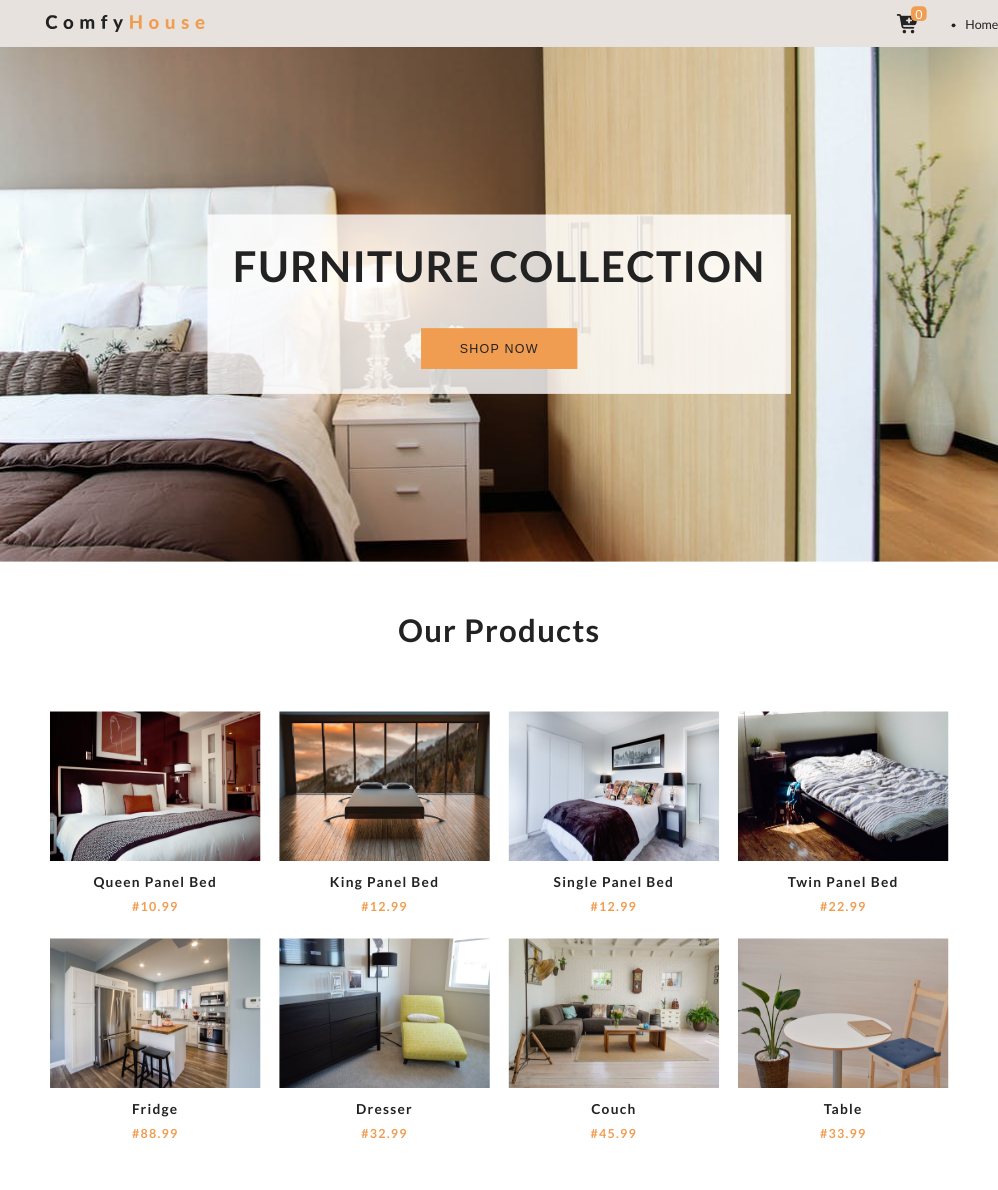
Repository: yhuakim/basic-ecommerce
Page: public/index.html
These files come from the project's save history. The page is drawn as it stood at one moment and after the next save; the edit follows.
The browser window is 1280 px wide. The pictures show the whole page, at 78% of full size.
Some web libraries are served in a nearby version.

Above is the page before, as saved 2020-06-08 21:36:09.

### public/index.html
<!DOCTYPE html>
<html lang="en">
<head>
    <meta charset="UTF-8">
    <meta name="viewport" content="width=device-width, initial-scale=1.0">
    <link rel="stylesheet" href="./main.css">
    <link rel="stylesheet" href="./node_modules/@fortawesome/fontawesome-free/css/all.css">
    <title>e-Commerce</title>
</head>
<body>
<!-- navbar -->
    <nav class="navbar">
        <div class="navbar-center">
            <!-- <div class="nav-toggler">
                <span class="stroke-a"></span>
                <span class="stroke-b"></span>
                <span class="stroke-c"></span>
            </div> -->
            <img src="./images/logo.svg" alt="store logo">
            <div class="cart-btn">
                <span class="nav-icon">
                    <i class="fas fa-cart-plus"></i>
                </span>
                <div class="cart-items">0</div>
            </div>
        </div>

        <menu class="menu-wrapper">
            <ul class="menu-list">
                <li class="list-item">Home</li>
            </ul>
        </menu>
    </nav>
<!-- navBar-end -->

<!-- Hero -->
    <header class="hero">
        <div class="banner">
            <h1 class="banner-title">
                Furniture collection
            </h1>
            <button class="banner-btn">shop now</button>
        </div>
    </header>
<!-- Hero end -->

<!-- products -->
<section class="products">
    <div class="section-title">
        <h2>our products</h2>
    </div>
    <div class="products-center">
        <!-- single product -->

        <!-- single product end -->
    </div>
    <!-- cart -->
    <div id="cartarea" class="cart-overlay">
        <div id="actualcart" class="cart">
            <span class="close-cart">
                <i class="fas fa-window-close"></i>
            </span>
            <h2>your cart</h2>
            <div class="cart-content">
                <!-- cart-item -->
                <!-- <div class="cart-item"> -->

                <!-- </div> -->
                <!-- end of cart-item -->
            </div>
            <div class="cart-footer">
                <h3>your total : # <span class="cart-total">0
                </span></h3>
                <button class="clear-cart banner-btn">clear cart
                </button>
            </div>
        </div>
    </div>
    <!-- end of cart -->
</section>
<!-- products end -->
<script src="./js/main.js"></script>
</body>
</html>

### public/main.css
@import url("https://fonts.googleapis.com/css?family=Lato:400,700");

:root {
  --primaryColor: #f09d51;
  --mainWhite: #fff;
  --mainBlack: #222;
  --mainGrey: #ececec;
  --mainSpacing: 0.1rem;
  --mainTransition: all 0.3s linear;
}

* {
  margin: 0;
  padding: 0;
  box-sizing: border-box;
}

body {
  color: var(--mainBlack);
  background: var(--mainWhite);
  font-family: "Lato", sans-serif;
}

/* --------------- Navbar ---------------- */
.navbar {
  position: sticky;
  top: 0;
  height: 60px;
  width: 100%;
  display: flex;
  align-items: center;
  background: rgb(231, 226, 221);
  z-index: 1;
}
.navbar-center {
  width: 100%;
  max-width: 1170px;
  margin: 0 auto;
  display: flex;
  align-items: center;
  justify-content: space-between;
  padding: 0 1.5rem;
}
.nav-icon {
  font-size: 1.5rem;
}
.cart-btn {
  position: relative;
  cursor: pointer;
}
.cart-items {
  position: absolute;
  top: -8px;
  right: -8px;
  background: var(--primaryColor);
  padding: 0 5px;
  border-radius: 30%;
  color: var(--mainWhite);
}

.nav-toggler {
  width: 40px;
  height: 30px;
  /* border: 1px solid rgb(190, 101, 250); */
  background-color: var(--mainWhite);
  display: grid;
  justify-content: space-around;
  align-content: space-around;
  z-index: 5;
  padding: 2px;
  border-radius: 5px;
  cursor: pointer;
  box-shadow: 1px 1px  2px rgba(0, 0, 0, 0.274);
}

.nav-toggler:hover {
  /* transform: scale(1.03); */
  transition: all ease-in 500ms;
  box-shadow: 2px 2px  5px rgba(0, 0, 0, 0.24);
}

.nav-toggler>span {
  width: 20px;
  height: 2px;
}

.nav-toggler>span:nth-child(1) {
  background-color: var(--primaryColor);
  opacity: 1;
  transition: all 1s ease-in-out;
}

.nav-toggler>span:nth-child(2) {
  background-color: var(--mainGrey);
  opacity: 1;
  transition: all 2s ease-in-out;
}

.nav-toggler>span:nth-child(3) {
  background-color: var(--mainBlack);
  opacity: 1;
  transition: all 1.5s ease-in-out;
}

/* --------------- End of Navbar ---------------- */


/* --------------- Hero ---------------- */
.hero {
  min-height: calc(100vh - 60px);
  background: url("./images/hero-bcg.jpeg") center/cover no-repeat;
  display: flex;
  align-items: center;
  justify-content: center;
}

.banner {
  text-align: center;
  background: rgba(255, 255, 255, 0.8);
  display: inline-block;
  padding: 2rem;
}

.banner-title {
  font-size: 3.4rem;
  text-transform: uppercase;
  letter-spacing: var(--mainSpacing);
  margin-bottom: 3rem;
}

.banner-btn {
  padding: 1rem 3rem;
  text-transform: uppercase;
  letter-spacing: var(--mainSpacing);
  font-size: 1rem;
  background: var(--primaryColor);
  color: var(--mainBlack);
  border: 1px solid var(--primaryColor);
  transition: var(--mainTransition);
  cursor: pointer;
}

.banner-btn:hover {
  background: transparent;
  color: var(--primaryColor);
}
/* --------------- End of Hero ---------------- */

/* --------------- Products ---------------- */
.products {
  padding: 4rem 0;
}

.section-title h2 {
  text-align: center;
  font-size: 2.5rem;
  margin-bottom: 5rem;
  text-transform: capitalize;
  letter-spacing: var(--mainSpacing);
}

.products-center {
  width: 90vw;
  margin: 0 auto;
  max-width: 1170px;
  display: grid;
  grid-template-columns: repeat(auto-fit, minmax(260px, 1fr));
  grid-column-gap: 1.5rem;
  grid-row-gap: 2rem;
}

.img-container {
  position: relative;
  overflow: hidden;
}

.bag-btn {
  position: absolute;
  top: 70%;
  right: 0;
  background: var(--primaryColor);
  border: none;
  text-transform: uppercase;
  padding: 0.5rem 0.75rem;
  letter-spacing: var(--mainSpacing);
  font-weight: bold;
  transition: var(--mainTransition);
  transform: translateX(101%);
  cursor: pointer;
}

.bag-btn:hover {
  color: var(--mainWhite);
}

.fa-shopping-cart {
  margin-right: 0.5rem;
}

.img-container:hover .bag-btn {
  transform: translateX(0);
}

.product-img {
  display: block;
  width: 100%;
  min-height: 12rem;
  transition: var(--mainTransition);
}

.img-container:hover .product-img {
  opacity: 0.5;
}

.product h3 {
  text-transform: capitalize;
  font-size: 1.1rem;
  margin-top: 1rem;
  letter-spacing: var(--mainSpacing);
  text-align: center;
}

.product h4 {
  margin-top: 0.7rem;
  letter-spacing: var(--mainSpacing);
  color: var(--primaryColor);
  text-align: center;
}
/* ---------------End of Products ---------------- */

/* --------------- Cart ---------------- */
.cart-overlay {
  position: fixed;
  top: 0;
  right: 0;
  width: 100%;
  height: 100%;
  transition: var(--mainTransition);
  background: rgb(240, 157, 81, 0.5);
  z-index: 2;
  visibility: hidden;
}
.cart {
  position: fixed;
  top: 0;
  right: 0;
  width: 100%;
  height: 100%;
  overflow: scroll;
  z-index: 3;
  background: rgb(231, 226, 221);
  padding: 1.5rem;
  transition: var(--mainTransition);
  transform: translateX(100%);
}
.showCart {
  transform: translateX(0);
}
.transparentBcg {
  visibility: visible;
}
@media screen and (min-width: 768px) {
  .cart {
    width: 30vw;
    min-width: 450px;
  }
}

.close-cart {
  font-size: 1.7rem;
  cursor: pointer;
}
.cart h2 {
  text-transform: capitalize;
  text-align: center;
  letter-spacing: var(--mainSpacing);
  margin-bottom: 2rem;
}

/*---------- Cart Item -------------------- */
.cart-item {
  display: grid;
  align-items: center;
  grid-template-columns: auto 1fr auto;
  grid-column-gap: 1.5rem;
  margin: 1.5rem 0;
}
.cart-item img {
  width: 75px;
  height: 75px;
}
.cart-item h4 {
  font-size: 0.85rem;
  text-transform: capitalize;
  letter-spacing: var(--mainSpacing);
}
.cart-item h5 {
  margin: 0.5rem 0;
  letter-spacing: var(--mainSpacing);
}
.item-amount {
  text-align: center;
}
.remove-item {
  color: grey;
  cursor: pointer;
}
.fa-chevron-up,
.fa-chevron-down {
  color: var(--primaryColor);
  cursor: pointer;
}
/*---------- End of Cart Item -------------------- */

.cart-footer {
  margin-top: 2rem;
  letter-spacing: var(--mainSpacing);
  text-align: center;
}
.cart-footer h3 {
  text-transform: capitalize;
  margin-bottom: 1rem;
}

/* --------------- End of Cart ---------------- */

### public/js/main.js

const cartBtn = document.querySelector('.cart-btn');
const closeCartBtn = document.querySelector('.close-cart');
const clearCartBtn = document.querySelector('.clear-cart');
const cartDOM = document.querySelector('.cart');
const cartOverlay = document.querySelector('.cart-overlay')
const cartItems = document.querySelector('.cart-items');
const cartTotal = document.querySelector('.cart-total');
const cartContent = document.querySelector('.cart-content');
const productsDOM = document.querySelector('.products-center');
const menuList = document.querySelector('.menu');
const menuLink = document.querySelectorAll('.menu-link');
const strokeA = document.querySelector('.stroke-a');
const strokeB = document.querySelector('.stroke-b');
const strokeC = document.querySelector('.stroke-c');
// cart
let cart = []
// buttons
let buttonsDOM =[];

// getting the products
class Products {
    async getProducts(){
        try {
            let result = await fetch('./products.json');
            let data = await result.json();
            let products = data.items;
            products = products.map(item => {
                const {title, price} = item.fields;
                const {id} = item.sys
                const image = item.fields.image.fields.file.url;
                return {title,price,id,image}
            })
            return products
        } catch (error) {
            console.log(error)
        }
    }
}

class UI {
    displayProducts(products){
        let result = '';
        products.forEach(product =>{
            result += `
            <!-- single product -->
            <article class="product">
            <div class="img-container">
            <img src=${product.image}
            alt="product" class="product-img">
            <button class="bag-btn" data-id=${product.id}>
            <i class="fas fa-shopping-cart">
            add to bag</i>
            </button>
            </div>
            <h3>${product.title}</h3>
            <h4>#${product.price}</h4>
            </article>
            <!-- end of single product -->
            `;
        });
        productsDOM.innerHTML = result;
    }

    getBagButtons(){
        const buttons = [...document.querySelectorAll('.bag-btn')];
        buttonsDOM = buttons;
        buttons.forEach(button => {
            let  id = button.dataset.id;
            let inCart = cart.find(item => item.id === id);
            if (inCart) {
                button.innerText = 'Added';
                button.disabled = true;
            }
            button.addEventListener('click', event => {
                event.target.innerText = 'Added'
                event.target.disabled = true;

                // getting product from products
                let cartItem = {...Storage.getProduct(id), amount:1};

                // adding product to the cart
                cart = [...cart, cartItem ];

                // save cart in local storage
                Storage.saveCart(cart);

                // set cart values
                this.setCartValues(cart);

                // display cart item
                this.addCartItem(cartItem)

                // show cart
                this.showCart()

                // this.showCart()
            })
        });
    }

    showCart(){
        cartOverlay.classList.add('transparentBcg');
        cartDOM.classList.add('showCart');
    }

    hideCart(){
        cartOverlay.classList.remove('transparentBcg');
        cartDOM.classList.remove('showCart');
    }

    setupAPP() {
        cart = Storage.getCart();
        this.setCartValues(cart);
        this.populateCart(cart);
        cartBtn.addEventListener('click', this.showCart);
        closeCartBtn.addEventListener('click', this.hideCart);
    }

    populateCart(cart) {
        cart.forEach(item => this.addCartItem(item));
    }

    setCartValues(cart){
      let tempTotal = 0;
      let itemsTotal = 0;
      cart.map(item => {
          tempTotal += item.price * item.amount;
          itemsTotal += item.amount;
      });
      cartTotal.innerText = parseFloat(tempTotal.toFixed(2))
      cartItems.innerText = itemsTotal;
    }

    addCartItem(item){
        const div = document.createElement('div');
        div.classList.add('cart-item');

        div.innerHTML = `
        <img src=${item.image} alt="product" />
        <div>
            <h4>${item.title}</h4>
            <h5>#${item.price}</h5>
            <span class="remove-item"
            data-id=${item.id}>remove</span>
        </div>
        <div>
            <i class="fas fa-chevron-up" data-id=${item.id}></i>
            <p class="item-amount">${item.amount}</p>
            <i class="fas fa-chevron-down" data-id=${item.id}></i>
        </div>
        `;
        cartContent.appendChild(div);
    }

    cartLogic() {
        //clear cart button
        clearCartBtn.addEventListener('click', () => {
            this.clearCart();
        });

        //cart functionality
        cartContent.addEventListener('click', event => {
            if(event.target.classList.contains('remove-item')) {
                let removeItem = event.target;
                let id = removeItem.dataset.id;
                cartContent.removeChild(removeItem.parentElement.parentElement);
                this.removeItem(id);
            } else if(event.target.classList.contains('fa-chevron-up')) {
                let addAmount = event.target;
                let id = addAmount.dataset.id;
                let tempItem = cart.find(item => item.id === id);
                tempItem.amount = tempItem.amount + 1;
                Storage.saveCart(cart);
                this.setCartValues(cart);
                addAmount.nextElementSibling.innerText = tempItem.amount;
            } else if(event.target.classList.contains('fa-chevron-down')) {
                let lowerAmount = event.target;
                let id = lowerAmount.dataset.id;
                let tempItem = cart.find(item => item.id === id);
                tempItem.amount = tempItem.amount - 1;

                if(tempItem.amount > 0) {
                    Storage.saveCart(cart);
                    this.setCartValues(cart);
                    lowerAmount.previousElementSibling.innerText = tempItem.amount;
                } else {
                    cartContent.removeChild(lowerAmount.parentElement.parentElement);
                    this.removeItem(id);
                }
            }
        });
    }

    clearCart() {
        let cartItems = cart.map(item => item.id);
        cartItems.forEach(id => this.removeItem(id));

        while (cartContent.children.length > 0) {
            cartContent.removeChild(cartContent.children[0]);
        }
        this.hideCart();
    }

    removeItem(id) {
        cart = cart.filter(item => item.id !== id);
        this.setCartValues(cart);
        Storage.saveCart(cart);
        let button = this.getSingleButton(id);
        button.disabled = false;
        button.innerHTML= `<i class="fas fa-shopping-cart"></i> add to bag`;
    }

    getSingleButton(id) {
        return buttonsDOM.find(button => button.dataset.id === id);
    }
}

// local storage
class Storage {
    static saveProducts(products){
        localStorage.setItem('products', JSON.stringify(products));
    }
    static getProduct(id){
        let products = JSON.parse(localStorage.getItem('products'));
        return products.find(product => product.id === id)
     }
    static saveCart(cart) {
        localStorage.setItem('cart', JSON.stringify(cart))
    }
    static getCart() {
        return localStorage.getItem('cart')? JSON.parse(localStorage.getItem('cart')): []
    }
}

document.addEventListener('DOMContentLoaded', ()=> {
    const ui = new UI();
    const products = new Products();

    //setup app
    ui.setupAPP();

    // getting all products
    products.getProducts()
    .then(products => {
        ui.displayProducts(products);
        Storage.saveProducts(products);
        })
    .then(() =>{
        ui.getBagButtons();
        ui.cartLogic();
    });
});

Loaded but not shown: public/products.json (common file)

After the next save:
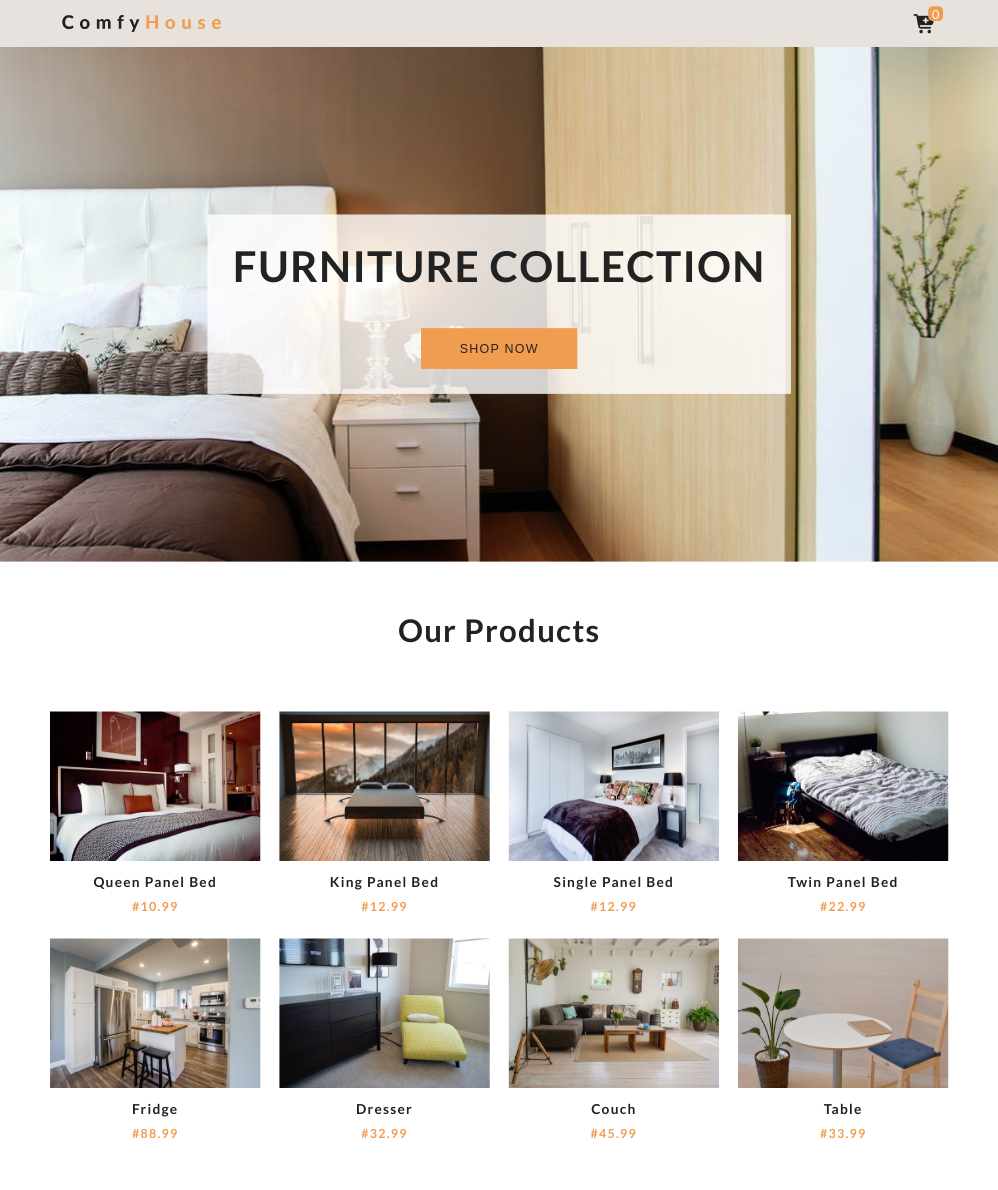
Saved 17 s later.
--- a/public/index.html
+++ b/public/index.html
@@ -25,11 +25,11 @@
             </div>
         </div>
 
-        <menu class="menu-wrapper">
+        <!-- <menu class="menu-wrapper">
             <ul class="menu-list">
                 <li class="list-item">Home</li>
             </ul>
-        </menu>
+        </menu> -->
     </nav>
 <!-- navBar-end -->
 
